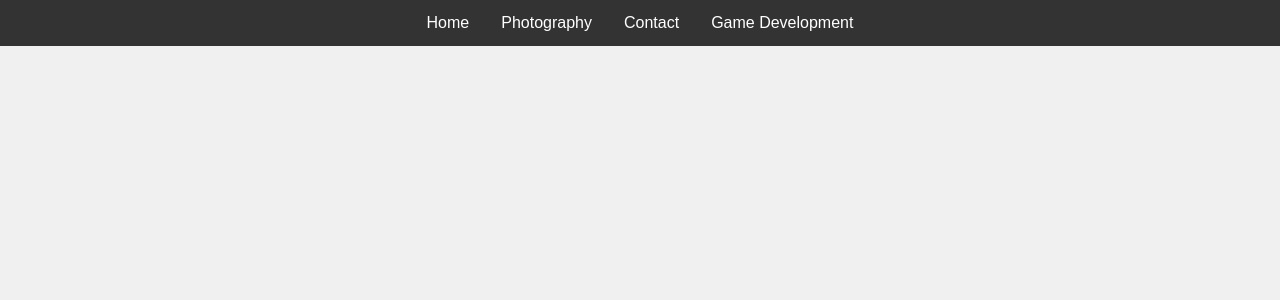
Repository: Argivist/ArgPortfolio
Page: blender/index.html
An editor plug-in stored every save of this project. The page is shown before and after the next save, followed by the edit.
The browser window is 1280 px wide. The pictures show the whole page.

Above is the page before, as saved 2025-03-28 15:58:46.

After the next save:
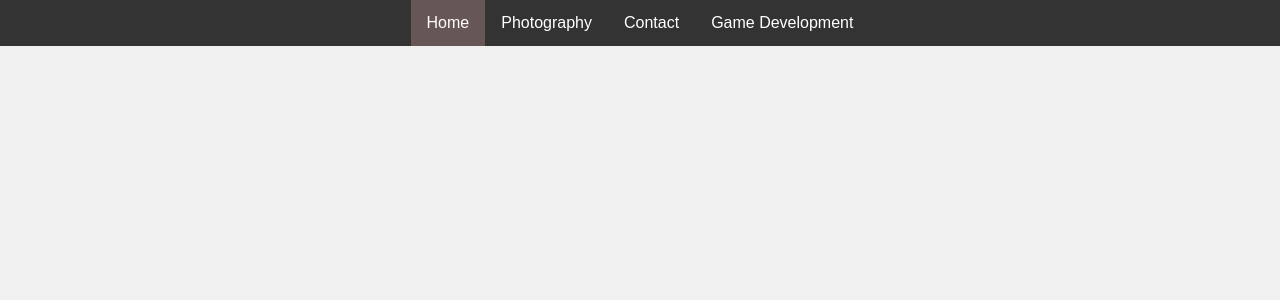
Saved 9 s later.
--- a/blender/index.html
+++ b/blender/index.html
@@ -22,7 +22,7 @@
 <body>
     <nav>
         <ul>
-            <li class="nav-content"><a href="index.html">Home</a></li>
+            <li class="nav-content active"><a href="index.html">Home</a></li>
             <li class="nav-content"><a href="https://www.instagram.com/theworldinoneseye/">Photography</a></li>
 
             <li class="dropdown nav-content">
